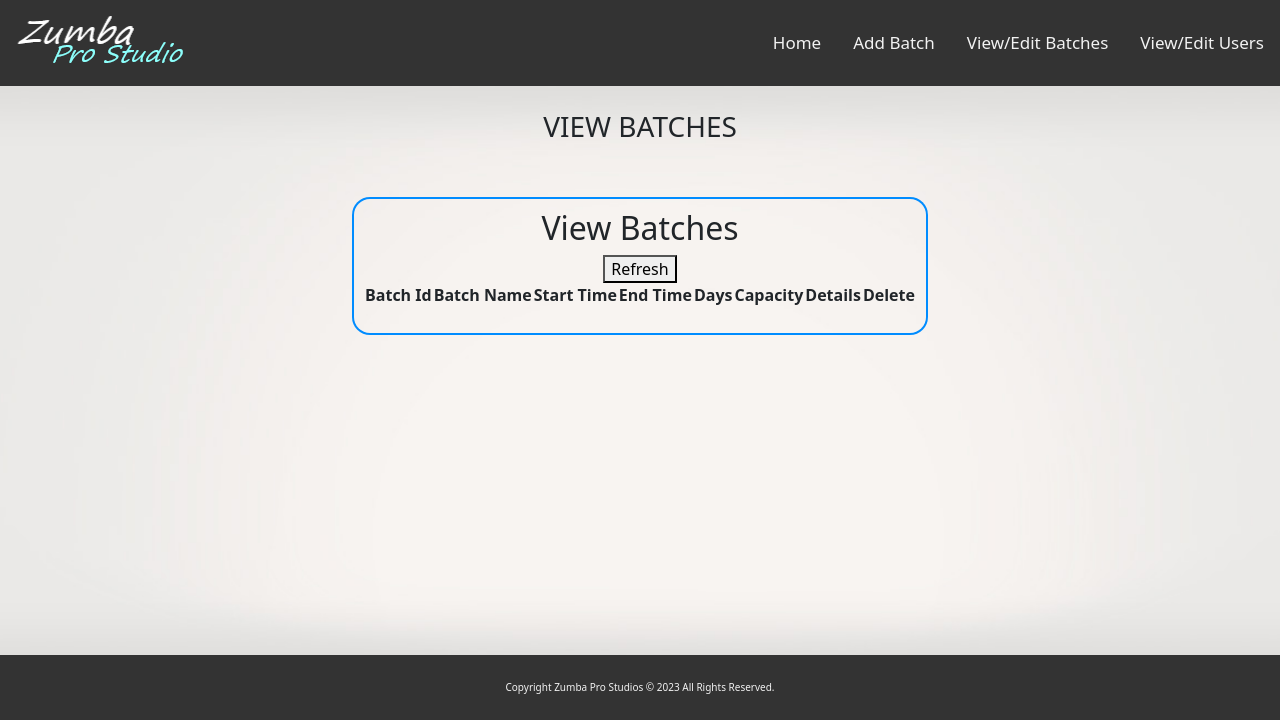
Repository: basemsamuel/Zumba
Page: http://localhost/ZumbaProStudio/admin.jsp
An editor plug-in stored every save of this project. The page is shown before and after the next save, followed by the edit.
The browser window is 1280 px wide. The pictures show the whole page.
The page is served by Tomcat 10.

Above is the page before, as saved 2023-07-31 02:08:17.

After the next save:
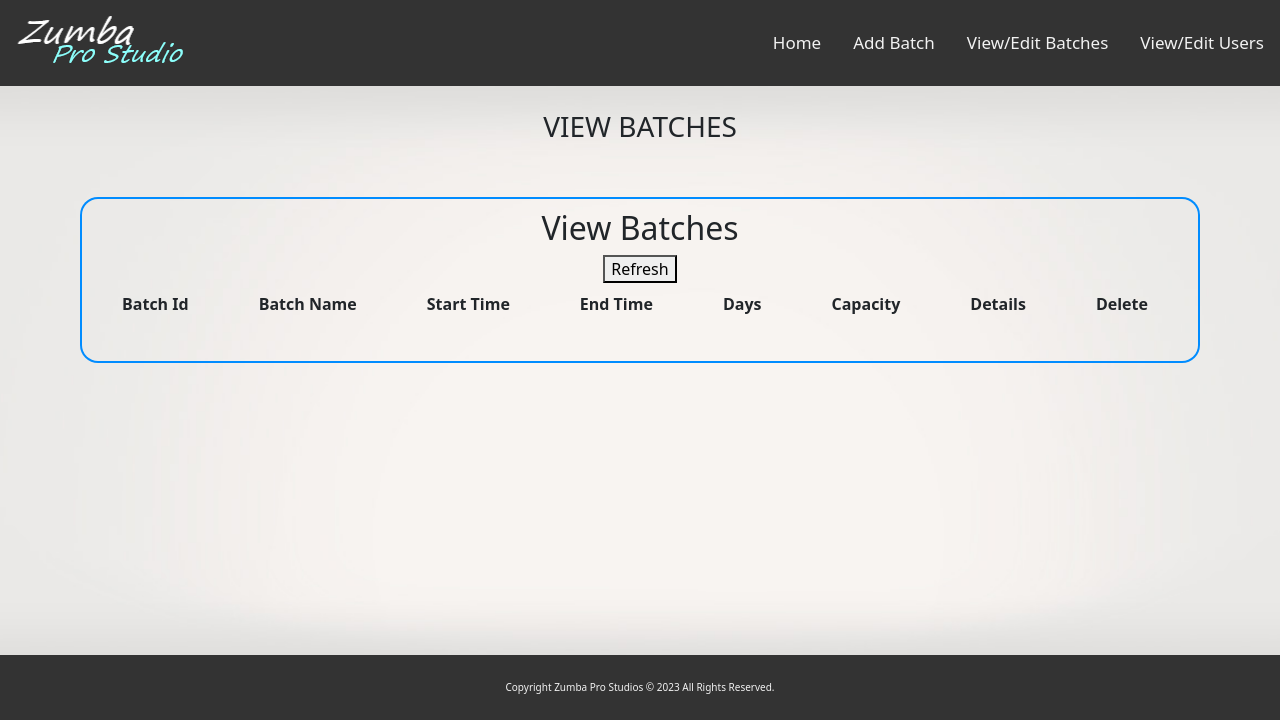
Saved 10 s later.
--- a/ZumbaProStudio/src/main/webapp/css/styles.css
+++ b/ZumbaProStudio/src/main/webapp/css/styles.css
@@ -84,7 +84,7 @@
 			color: #FF0000;
 		}
 
-		.batchview {
+		.batchview th, td {
 			 padding-top: 10px;
 			 padding-bottom: 20px;
 			 padding-left: 30px;
